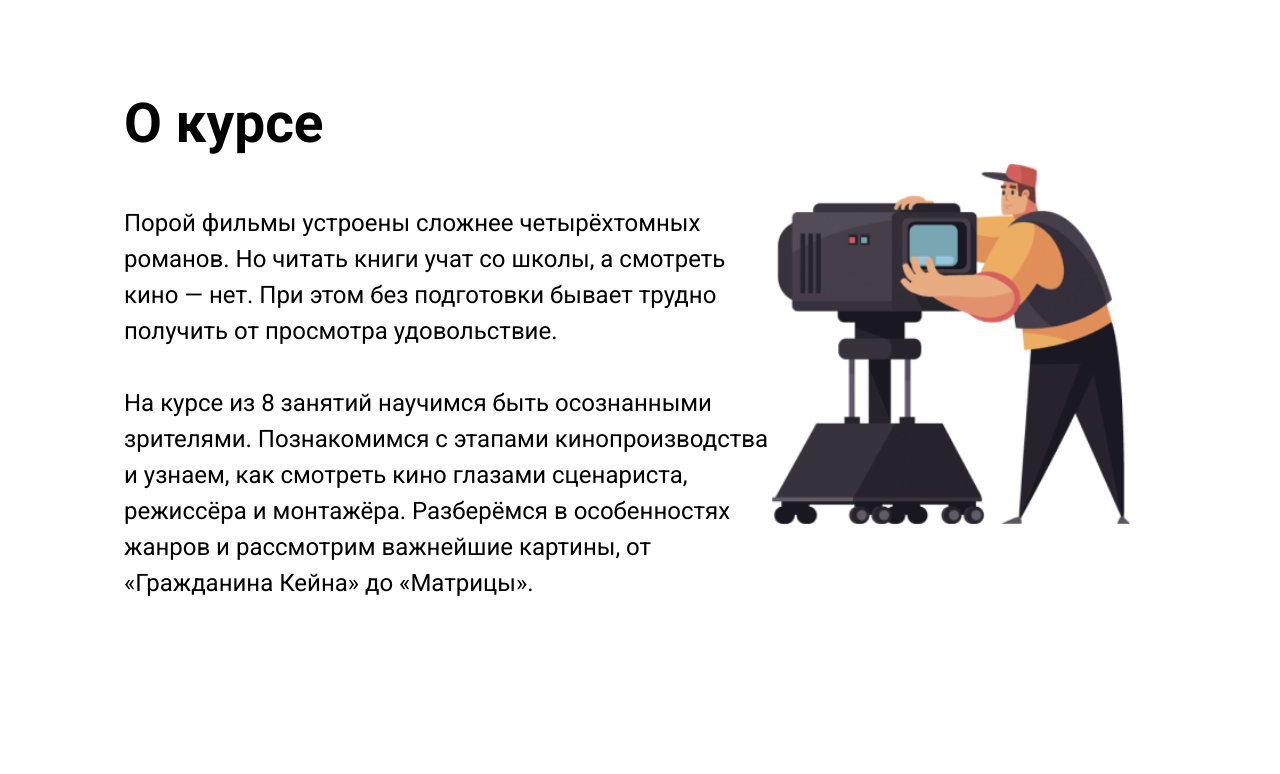
Repository: AytacSafarova/task-figma--1
Page: index.html
An editor plug-in stored every save of this project. The page is shown before and after the next save, followed by the edit.
The browser window is 1280 px wide. The pictures show the whole page.

Above is the page before, as saved 2023-04-29 20:21:26.

After the next save:
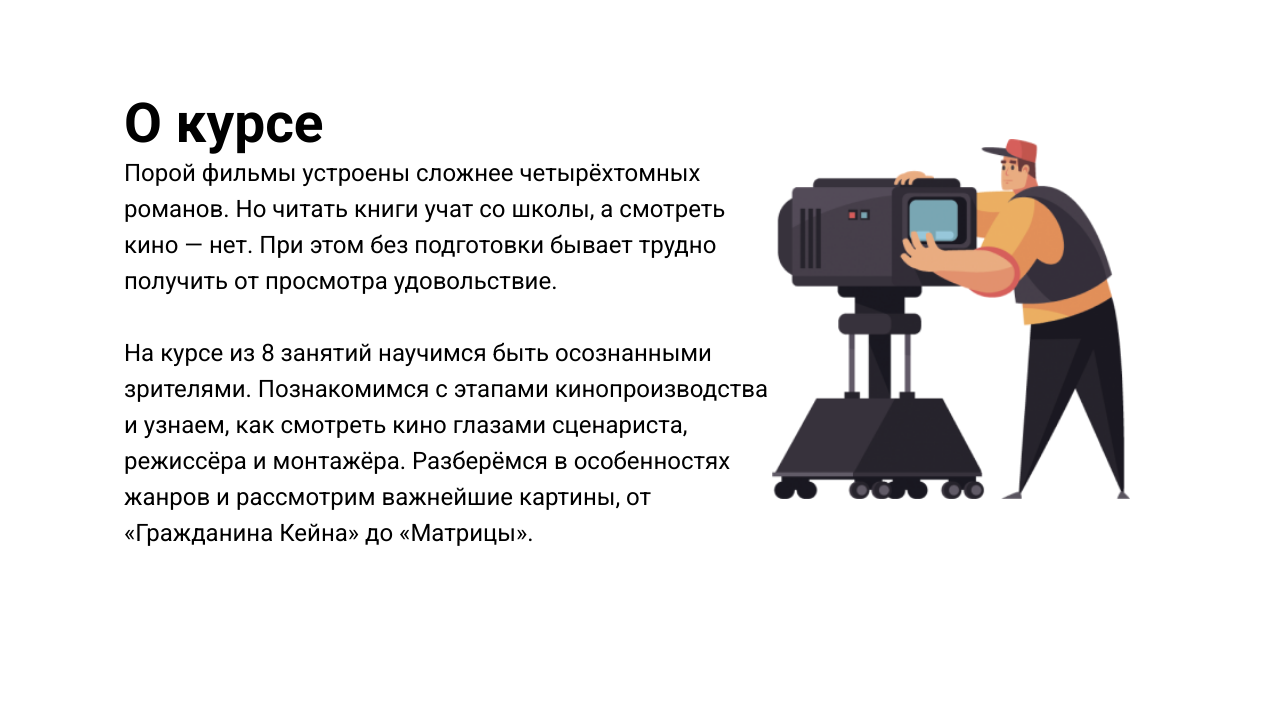
Saved 42 s later.
--- a/index.css
+++ b/index.css
@@ -20,7 +20,7 @@
   font-size: 55px;
   font-family: "Roboto", sans-serif;
   font-weight: 700;
-  margin-bottom: 50px;
+  margin-bottom: 0px;
 }
 .left p {
   font-family: "Roboto";
